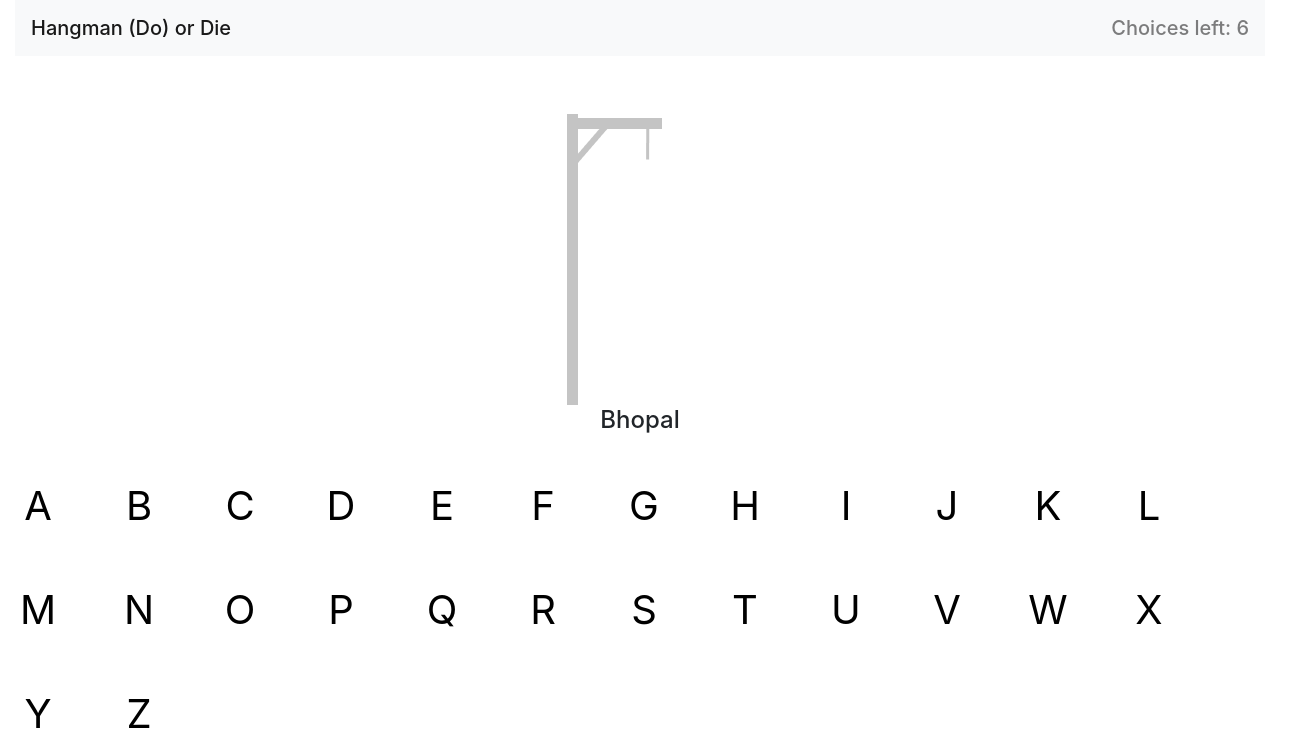
Repository: jatinhchanchlani/hangman
Page: /
The author's editor kept a copy of each file at every save. The page is drawn from the files as they stood at one save, then again after the next save.
The browser window is 1280 px wide. The page is 1295 px wide, so the pictures cover 1295 px, including what lies to the right of the window. The pictures show the whole page.
The project was rebuilt for these pictures with package versions that can differ from the ones it lists, and the page was loaded fresh each time. Also part of the build but not shown: src/App.css.

Above is the page before, as saved 2020-10-25 11:12:48.

After the next save:
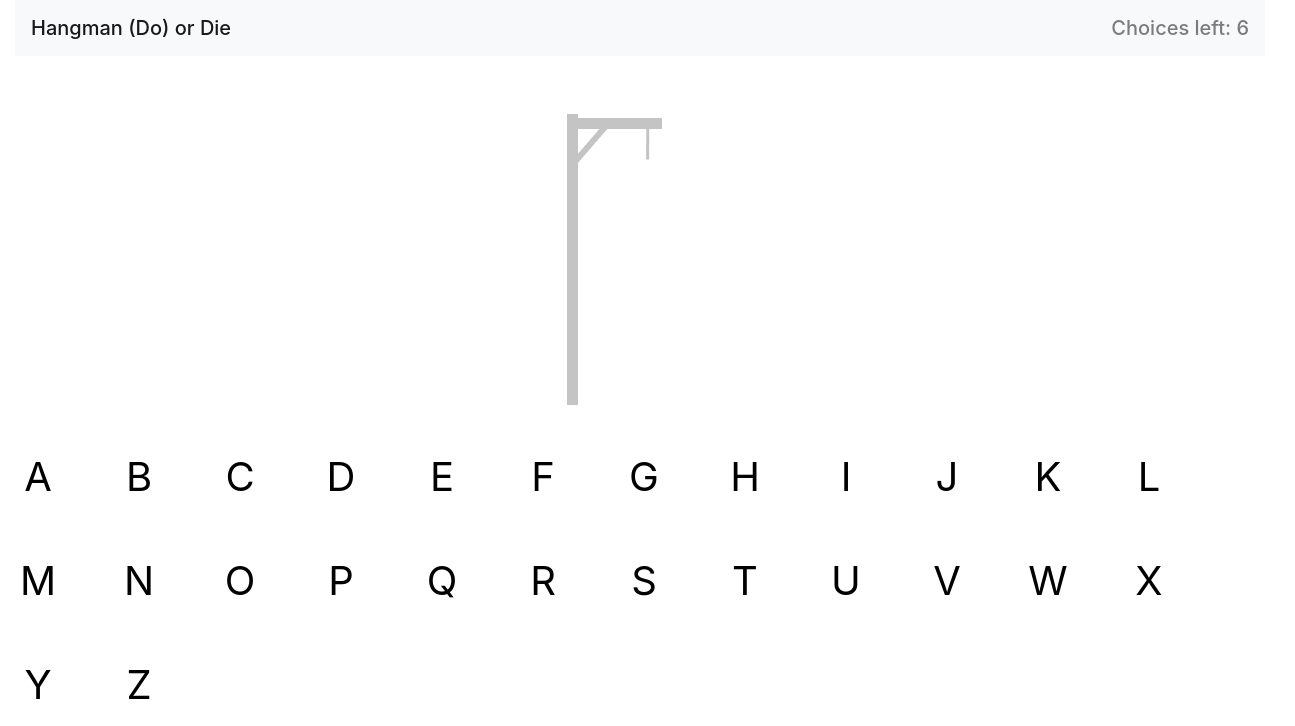
Saved 2 min 52 s later.
--- a/src/model/cities.js
+++ b/src/model/cities.js
@@ -37,5 +37,7 @@ export function getRandomIntInclusive(min, max) {
 }
 
 export function getRandomCity() {
-    return cities[getRandomIntInclusive(MIN, MAX)];
+    const city = cities[getRandomIntInclusive(MIN, MAX)];
+    const cityChars = [...city];
+    return;
 }
